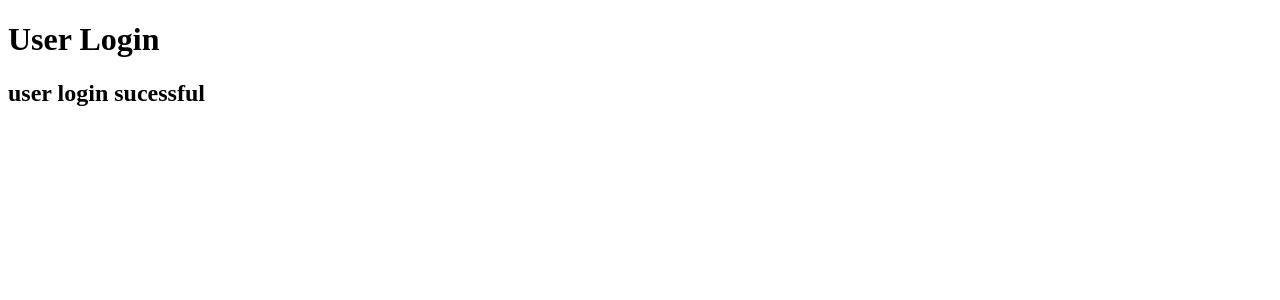
Repository: kushalkumarreddy/Advance-Java
Page: http://localhost/JSP/login.jsp
The author's editor kept a copy of each file at every save. The page is drawn from the files as they stood at one save, then again after the next save.
The browser window is 1280 px wide. The pictures show the whole page.
The page is served by Tomcat 9.

Above is the page before, as saved 2026-10-08 03:58:47.

After the next save:
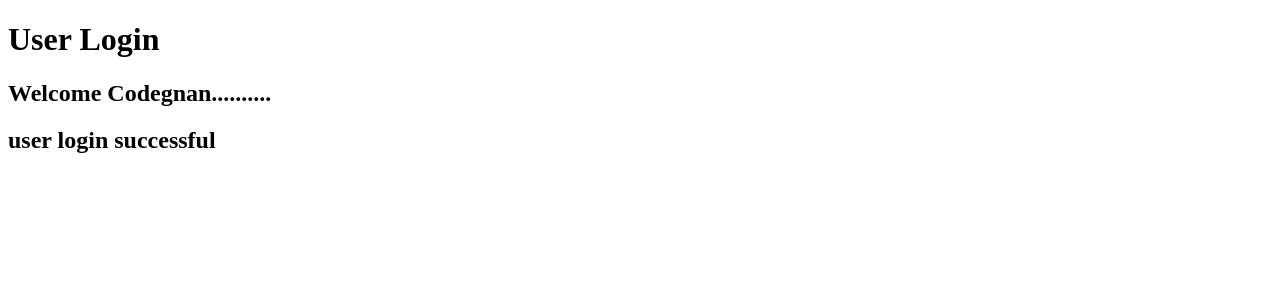
Saved 2 min 36 s later.
--- a/JSP/src/main/webapp/login.jsp
+++ b/JSP/src/main/webapp/login.jsp
@@ -10,8 +10,8 @@
 
 	<h1>User Login </h1>
 
+	<jsp:include page="welcome.jsp" />
 
-
-	<h2>user login sucessful</h2>
+	<h2>user login successful</h2>
 </body>
 </html>
